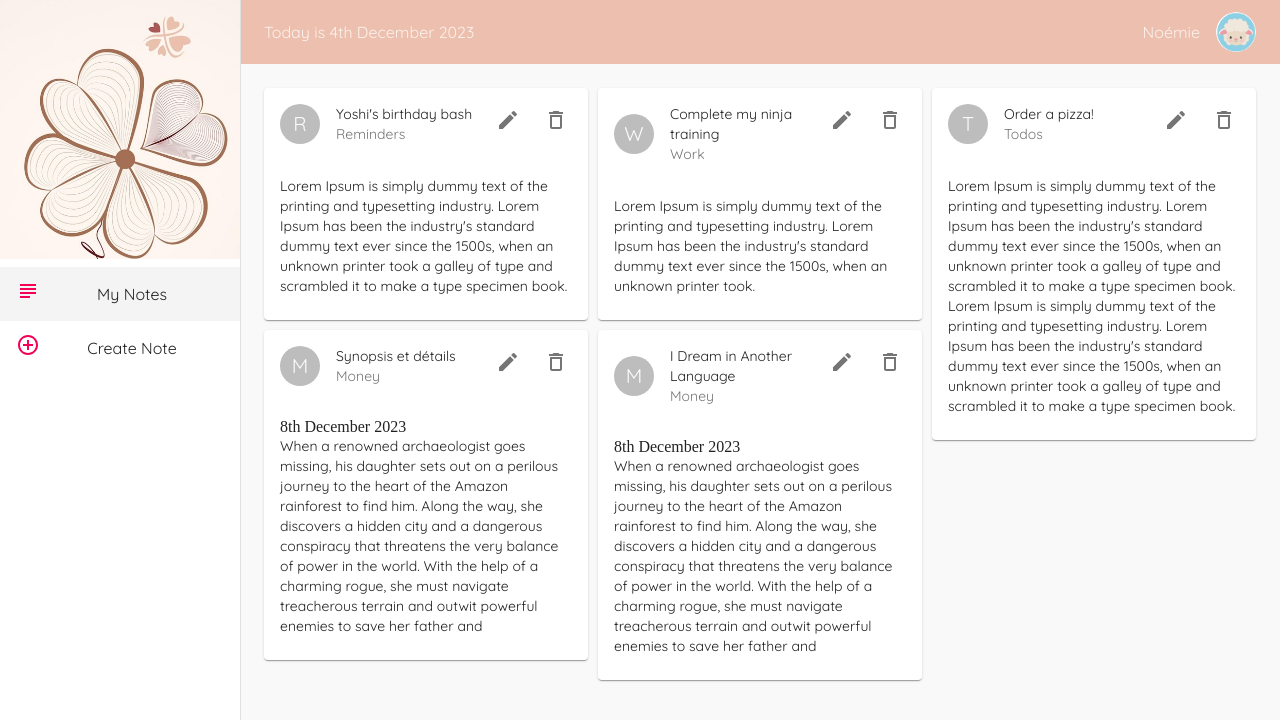
Repository: noemiepham/noemieblognote
Page: /
These files come from the project's save history. The page is drawn as it stood at one moment and after the next save; the edit follows.
The browser window is 1280 px wide. The pictures show the whole page.
The project was rebuilt for these pictures with package versions that can differ from the ones it lists, and the page was loaded fresh each time. Requests to the local data server were answered from the project's data file. Also part of the build but not shown: src/pages/Create.js.

Above is the page before, as saved 2023-12-08 16:21:01.

### public/index.html
<!DOCTYPE html>
<html lang="en">

<head>
  <meta charset="utf-8" />
  <meta name="viewport" content="width=device-width, initial-scale=1" />
  <meta name="theme-color" content="#000000" />
  <meta name="description" content="Web site created using create-react-app" />

  <link rel="stylesheet" href="https://fonts.googleapis.com/css?family=Roboto:300,400,500,700&display=swap" />
  <title>Material UI</title>
</head>

<body>
  <noscript>You need to enable JavaScript to run this app.</noscript>
  <div id="root"></div>
  <!--
      This HTML file is a template.
      If you open it directly in the browser, you will see an empty page.

      You can add webfonts, meta tags, or analytics to this file.
      The build step will place the bundled scripts into the <body> tag.

      To begin the development, run `npm start` or `yarn start`.
      To create a production bundle, use `npm run build` or `yarn build`.
    -->
</body>

</html>

### src/index.css
@import url('https://fonts.googleapis.com/css2?family=Open+Sans:ital,wght@0,400;1,300&family=Quicksand&display=swap');


body {
     margin: 0;
     -webkit-font-smoothing: antialiased;
     -moz-osx-font-smoothing: grayscale;
     background: #f9f9f9;
}

.my-masonry-grid {
     display: -webkit-box;
     /* Not needed if autoprefixing */
     display: -ms-flexbox;
     /* Not needed if autoprefixing */
     display: flex;
     margin-left: -20px;
     /* gutter size offset */
     width: auto;
}

.my-masonry-grid_column {
     padding-left: 20px;
     /* gutter size */
     background-clip: padding-box;
}

.my-masonry-grid_column>div {
     /* change div to reference your elements you put in <Masonry> */
     margin-bottom: 30px;
}

img {
     width: 100%;
     height: 100%;
     object-fit: cover;
}

header.MuiPaper-root.MuiAppBar-root.MuiAppBar-positionFixed.MuiAppBar-colorPrimary.makeStyles-appbar-7.mui-fixed.MuiPaper-elevation0 {
     background-color: #ecbfae;
}

### src/App.js
import React from "react";
import { BrowserRouter, Routes, Route } from "react-router-dom";
import Notes from "./pages/Notes";
import Create from "./pages/Create";
import { createTheme, ThemeProvider } from "@material-ui/core";
import Layout from "./pages/Layout";
const theme = createTheme({
  palette: {
    primary: {
      light: "#d9c8ba ",
      main: "#d1c2b6",
      dark: "#9d6854 ",
      contrastText: "#fbf2ed",
    },
  },
  typography: {
    fontFamily: "Quicksand",
    fontWeightLight: 400,
  },
});

function App() {
  return (
    <ThemeProvider theme={theme}>
      <BrowserRouter>
        <Routes>
          <Route path="/" element={<Layout />}>
            <Route path="" element={<Notes />} />
            <Route path="create" element={<Create />} />
            <Route path="edit/:id" element={<Create />} />
          </Route>
        </Routes>
      </BrowserRouter>
    </ThemeProvider>
  );
}

export default App;

### src/pages/Notes.js
import { useEffect, useState } from "react";
import NoteCard from "../components/NoteCard";
import Masonry, { ResponsiveMasonry } from "react-responsive-masonry";
import { useNavigate } from "react-router-dom";

const Notes = () => {
  const [notes, setNotes] = useState([]);
  const navigate = useNavigate();

  useEffect(() => {
    fetch("http://localhost:8000/notes")
      .then((res) => res.json())
      .then((data) => setNotes(data));
  }, []);

  const handleDelete = async (id) => {
    await fetch("http://localhost:8000/notes/" + id, {
      method: "DELETE",
    });

    const newNotes = notes.filter((note) => note.id !== id);

    setNotes(newNotes);
  };
  const handleEdit = (note) => {
    navigate("/edit/" + note);
  };
  return (
    <ResponsiveMasonry columnsCountBreakPoints={{ 350: 1, 750: 2, 900: 3 }}>
      <Masonry columnsCount={3} gutter="10px">
        {notes.map((note) =>
          note ? (
            <NoteCard
              note={note}
              handleDelete={handleDelete}
              handleEdit={handleEdit}
              spacing={3}
            />
          ) : (
            ""
          )
        )}
      </Masonry>
    </ResponsiveMasonry>
  );
};

export default Notes;

### src/pages/Layout.js
import { Outlet, useLocation, useNavigate } from "react-router-dom";
import { Avatar, Drawer, Typography, makeStyles } from "@material-ui/core";
import List from "@material-ui/core/List";
import ListItem from "@material-ui/core/ListItem";
import ListItemText from "@material-ui/core/ListItemText";
import { AddCircleOutline, SubjectOutlined } from "@material-ui/icons";
import { AppBar, Toolbar } from "@material-ui/core";
import format from "date-fns/format/index";

const drawerWidth = 240;
const useStyles = makeStyles((theme) => {
  return {
    page: {
      background: "#f9f9f9",
      width: "100%",
      padding: theme.spacing(3),
    },
    drawer: {
      width: drawerWidth,
    },
    drawerPaper: {
      width: drawerWidth,
    },
    root: {
      display: "flex",
    },
    active: {
      background: "#f4f4f4",
    },
    title: {
      padding: theme.spacing(3),
    },
    appbar: {
      width: `calc(100% - ${drawerWidth}px)`,
    },
    toolbar: theme.mixins.toolbar,
    date: {
      flexGrow: 1,
    },
    avatar: {
      marginLeft: theme.spacing(2),
    },
  };
});

function Layout() {
  const navigate = useNavigate();
  const location = useLocation();
  const classes = useStyles();
  const menuItems = [
    {
      text: "My Notes",
      icon: <SubjectOutlined color="secondary" />,
      path: "/",
    },
    {
      text: "Create Note",
      icon: <AddCircleOutline color="secondary" />,
      path: "/create",
    },
  ];

  return (
    <div className={classes.root}>
      {/*  App bar */}
      <AppBar className={classes.appbar} elevation={0}>
        <Toolbar>
          <Typography className={classes.date}>
            Today is {format(new Date(), "do MMMM Y")}
          </Typography>
          <Typography>Noémie</Typography>
          <Avatar src="sheep.png" className={classes.avatar} />
        </Toolbar>
      </AppBar>
      {/* side drawer */}
      <Drawer
        className={classes.drawer}
        variant="permanent"
        anchor="left"
        classes={{ paper: classes.drawerPaper }}
      >
        <div>
          <img alt="Remy Sharp" src="logoBlog.jpg" />
        </div>
        <List>
          {menuItems.map((item) => (
            <ListItem
              key={item.text}
              button
              onClick={() => navigate(item.path)}
              className={
                location.pathname === item.path ? classes.active : null
              }
            >
              <ListItemText>{item.icon}</ListItemText>
              <ListItemText primary={item.text} />
            </ListItem>
          ))}
        </List>
      </Drawer>
      <div className={classes.page}>
        <div className={classes.toolbar}></div>
        <Outlet />
      </div>
    </div>
  );
}

export default Layout;

### src/components/NoteCard.js
import {
  Avatar,
  Card,
  CardContent,
  CardHeader,
  Typography,
  makeStyles,
} from "@material-ui/core";
import { IconButton } from "@material-ui/core";
import { yellow, green, pink, blue } from "@material-ui/core/colors";
import { DeleteOutline } from "@material-ui/icons";
import EditIcon from "@material-ui/icons/Edit";

const useStyles = makeStyles({
  avatar: {
    backgroundColor: (note) => {
      console.log(note.category);
      if (note.category === "Work") {
        return yellow[700];
      }
      if (note.category === "Money") {
        return green[500];
      }
      if (note.category === "Todos") {
        return pink[500];
      } else {
        return blue[500];
      }
    },
  },
  poster: {
    margin: 20,
    color: "#a17056",
  },
  date: {
    color: "#a17056",
  },
});

function NoteCard({ note, handleDelete, handleEdit }) {
  const classes = useStyles(note);
  console.log("sfsqdfdsf", note);
  return (
    <div>
      <Card elevation={1} className={classes.test}>
        <CardHeader
          avatar={
            <Avatar className={classes.avatar}>
              {note.category[0]?.toUpperCase()}
            </Avatar>
          }
          action={
            <div>
              <IconButton onClick={() => handleEdit(note?.id)}>
                <EditIcon />
              </IconButton>
              <IconButton onClick={() => handleDelete(note?.id)}>
                <DeleteOutline />
              </IconButton>
            </div>
          }
          title={note?.title}
          subheader={note?.category}
        />
        <CardContent>
          <Typography variant="poster">{note?.currentDate}</Typography>
          <Typography variant="body2">{note?.details}</Typography>
        </CardContent>
      </Card>
    </div>
  );
}

export default NoteCard;

### db.json
{
  "notes": [{
      "title": "Yoshi's birthday bash",
      "details": "Lorem Ipsum is simply dummy text of the printing and typesetting industry. Lorem Ipsum has been the industry's standard dummy text ever since the 1500s, when an unknown printer took a galley of type and scrambled it to make a type specimen book.",
      "category": "Reminders",
      "id": 1
    },
    {
      "title": "Complete my ninja training",
      "details": "Lorem Ipsum is simply dummy text of the printing and typesetting industry. Lorem Ipsum has been the industry's standard dummy text ever since the 1500s, when an unknown printer took.",
      "category": "Work",
      "id": 2
    },
    {
      "title": "Order a pizza!",
      "details": "Lorem Ipsum is simply dummy text of the printing and typesetting industry. Lorem Ipsum has been the industry's standard dummy text ever since the 1500s, when an unknown printer took a galley of type and scrambled it to make a type specimen book.\nLorem Ipsum is simply dummy text of the printing and typesetting industry. Lorem Ipsum has been the industry's standard dummy text ever since the 1500s, when an unknown printer took a galley of type and scrambled it to make a type specimen book.",
      "category": "Todos",
      "id": 3
    },
    {
      "title": "Synopsis et détails",
      "details": "When a renowned archaeologist goes missing, his daughter sets out on a perilous journey to the heart of the Amazon rainforest to find him. Along the way, she discovers a hidden city and a dangerous conspiracy that threatens the very balance of power in the world. With the help of a charming rogue, she must navigate treacherous terrain and outwit powerful enemies to save her father and",
      "category": "Money",
      "currentDate": "8th December 2023",
      "id": 12
    },
    {
      "title": "I Dream in Another Language",
      "details": "When a renowned archaeologist goes missing, his daughter sets out on a perilous journey to the heart of the Amazon rainforest to find him. Along the way, she discovers a hidden city and a dangerous conspiracy that threatens the very balance of power in the world. With the help of a charming rogue, she must navigate treacherous terrain and outwit powerful enemies to save her father and",
      "category": "Money",
      "currentDate": "8th December 2023",
      "id": 13
    }
  ]
}

Loaded but not shown: src/index.js (common file)

After the next save:
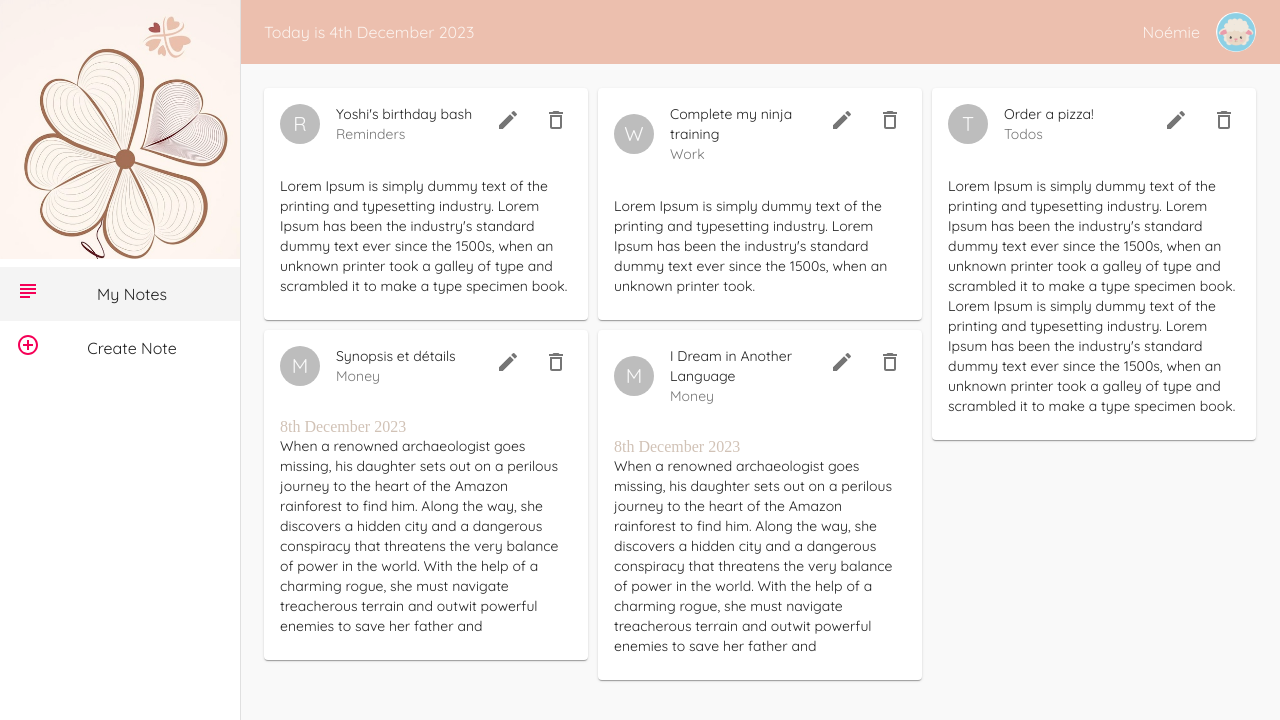
Saved 6 min 46 s later.
--- a/src/components/NoteCard.js
+++ b/src/components/NoteCard.js
@@ -63,7 +63,9 @@ function NoteCard({ note, handleDelete, handleEdit }) {
           subheader={note?.category}
         />
         <CardContent>
-          <Typography variant="poster">{note?.currentDate}</Typography>
+          <Typography variant="poster" color="primary">
+            {note?.currentDate}
+          </Typography>
           <Typography variant="body2">{note?.details}</Typography>
         </CardContent>
       </Card>
